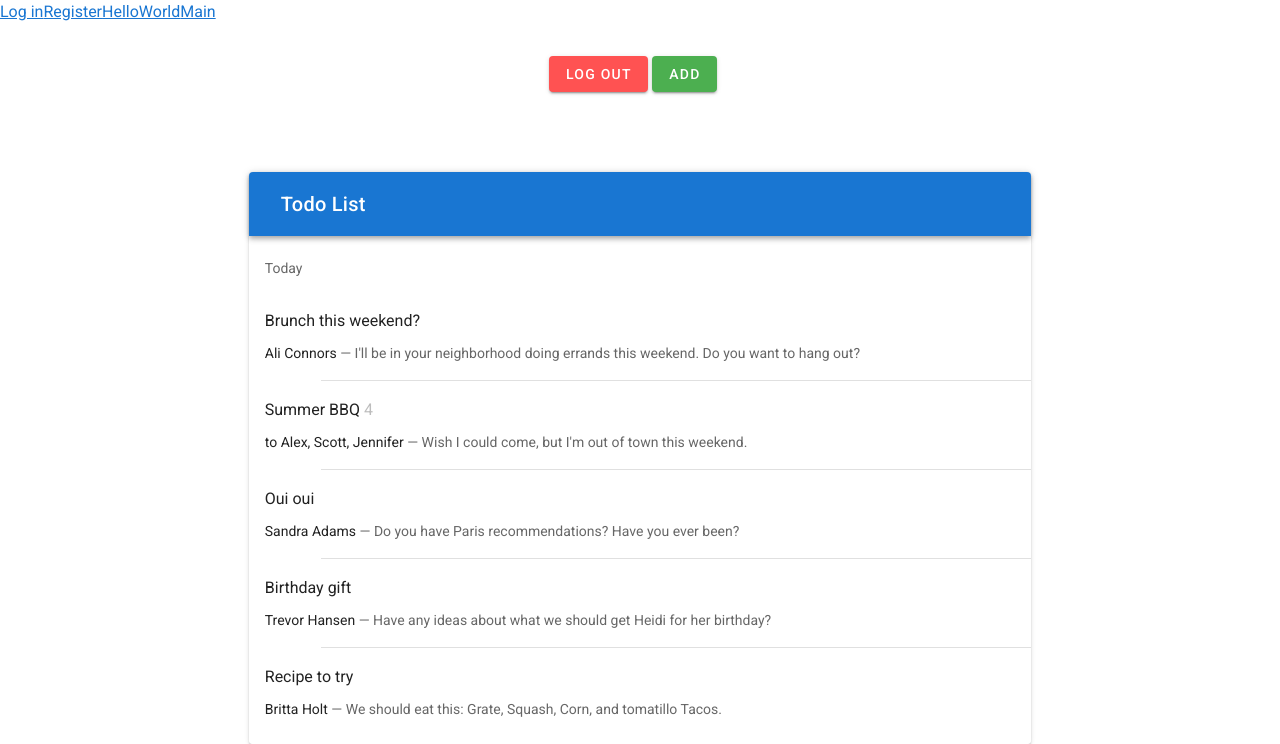
Repository: pao741/vue-todo
Page: /#/
An editor plug-in stored every save of this project. The page is shown before and after the next save, followed by the edit.
The browser window is 1280 px wide. The pictures show the whole page.
The project was rebuilt for these pictures with package versions that can differ from the ones it lists, and the page was loaded fresh each time. Also part of the build but not shown: vue.config.js, src/components/Login.vue, src/components/Register.vue, src/components/HelloWorld.vue.

Above is the page before, as saved 2021-02-11 13:05:43.

### src/main.js
import Vue from 'vue';
import Vuex from 'vuex';
// import VueRouter from 'vue-router';
import App from './App.vue';
import vuetify from './plugins/vuetify';
import firebase from './plugins/firebase';
import router from './router';

import 'vuetify/dist/vuetify.min.css';

Vue.config.productionTip = false;
Vue.use(Vuex);

const store = new Vuex.Store({
  state: {
    authenticated: false,
  },
  actions: {
    login(state) {
      state.authenticated = true;
    },
    logout(state) {
      state.authenticated = false;
    },
  },
});

new Vue({
  vuetify,
  router,
  firebase,
  store: store,
  render: (h) => h(App),
}).$mount('#app');

### src/App.vue
<template>
  <v-app>
    <v-main>
      <div>
        <router-link to="Login">Log in</router-link>
        <router-link to="Register">Register</router-link>
        <router-link to="HelloWorld">HelloWorld</router-link>
        <router-link to="/">Main</router-link>
        <router-view />
      </div>
    </v-main>
  </v-app>
</template>

<script>
// import Login from "./components/Login";

export default {
  name: "App",

  components: {
    // Login
  },

  data: () => ({
    //
  })
};
</script>

### src/plugins/firebase.js
import firebase from 'firebase/app';
import 'firebase/auth';

const firebaseConfig = {
  apiKey: 'AIzaSyDDoWONGwbdeV8-j0yTCmUjzBNPDUFN7Q8',
  authDomain: 'vue-todo-ae3e5.firebaseapp.com',
  projectId: 'vue-todo-ae3e5',
  storageBucket: 'vue-todo-ae3e5.appspot.com',
  messagingSenderId: '816401963007',
  appId: '1:816401963007:web:1f3f49cc385198e51af9ca',
  measurementId: 'G-G9PREJ9C9D',
};
// Initialize Firebase
firebase.initializeApp(firebaseConfig);
// firebase.analytics();
firebase.auth().setPersistence(firebase.auth.Auth.Persistence.LOCAL);

export default firebase;

### src/router/index.js
import Vue from 'vue';
import VueRouter from 'vue-router';
// import firebase from '../plugins/firebase';

import Login from '../components/Login';
import Main from '../components/Main';
import Register from '../components/Register';
import HelloWorld from '../components/HelloWorld';

Vue.use(VueRouter);

const routes = [
  {
    path: '/HelloWorld',
    name: 'HelloWorld',
    component: HelloWorld,
    meta: {
      authenticated: true,
    },
  },
  {
    path: '/',
    name: 'Main',
    component: Main,
    meta: {
      authenticated: true,
    },
  },
  {
    path: '/login',
    name: 'Login',
    component: Login,
  },
  {
    path: '/register',
    name: 'Register',
    component: Register,
  },
];

const router = new VueRouter({
  mode: 'hash',
  routes,
});

const beforeRouteEnter = async (to, from, next) => {
  if (to.meta.requiredAuthentication) {
    if (Vue.$store.state.auth.authenticated) {
      next();
    } else {
      next({ name: 'login' });
    }
  } else {
    next();
  }
};

router.beforeEach(beforeRouteEnter);

Vue.$router = router;

export default router;

### src/components/Main.vue
<template>
  <v-app>
    <v-row justify="center" class="ma-5">
      <v-col sm="1">
        <v-btn justify="center" color="error" @click="logOut">Log out</v-btn>
      </v-col>
      <v-col sm="1">
        <v-btn justify="center" color="success" @click="adding = true">
          Add
        </v-btn>
      </v-col>
    </v-row>
    <div class="text-center">
      <v-dialog v-model="adding" @click:outside="adding = false" width="500">
        <v-card v-click-outside="">
          <v-card-title class="headline grey lighten-2">
            Fill in the form
          </v-card-title>
          <v-row justify="center" class="ma-5">
            <v-col>
              <v-text-field class="header" placeholder="Title"></v-text-field>
              <v-text-field class="header" placeholder="Title"></v-text-field>
              <v-row justify="center">
                <v-date-picker v-model="date"></v-date-picker>
              </v-row>
            </v-col>
          </v-row>
          <v-row justify="center" class="ma-1">
            <v-col>
              <v-btn justify="center" color="success" @click="adding = false">
                Submit
              </v-btn>
              <v-btn justify="center" color="error" @click="adding = false">
                Close
              </v-btn>
            </v-col>
          </v-row>
        </v-card>
      </v-dialog>
    </div>
    <v-card class="mx-auto">
      <v-toolbar color="primary" dark>
        <v-card-title>Todo List</v-card-title>
      </v-toolbar>

      <v-list three-line>
        <template v-for="(item, index) in items">
          <v-subheader
            v-if="item.header"
            :key="item.header"
            v-text="item.header"
          ></v-subheader>

          <v-divider
            v-else-if="item.divider"
            :key="index"
            :inset="item.inset"
          ></v-divider>

          <v-list-item v-else :key="item.title">
            <v-list-item-content>
              <v-list-item-title v-html="item.title"></v-list-item-title>
              <v-list-item-subtitle
                v-html="item.subtitle"
              ></v-list-item-subtitle>
            </v-list-item-content>
          </v-list-item>
        </template>
      </v-list>
    </v-card>
  </v-app>
</template>

<script>
import firebase from "firebase";

const LOCAL_STORAGE_KEY = "todo-app-vue";
export default {
  //   name: "Log In"
  data: () => ({
    date: null,
    adding: false,
    todos: JSON.parse(localStorage.getItem(LOCAL_STORAGE_KEY)) || [
      { text: "Learn JavaScript ES6+ goodies", isDone: true },
      { text: "Learn Vue", isDone: false },
      { text: "Build something awesome", isDone: false }
    ],
    editing: null,
    items: [
      { header: "Today" },
      {
        title: "Brunch this weekend?",
        subtitle: `<span class="text--primary">Ali Connors</span> &mdash; I'll be in your neighborhood doing errands this weekend. Do you want to hang out?`
      },
      { divider: true, inset: true },
      {
        title: 'Summer BBQ <span class="grey--text text--lighten-1">4</span>',
        subtitle: `<span class="text--primary">to Alex, Scott, Jennifer</span> &mdash; Wish I could come, but I'm out of town this weekend.`
      },
      { divider: true, inset: true },
      {
        title: "Oui oui",
        subtitle:
          '<span class="text--primary">Sandra Adams</span> &mdash; Do you have Paris recommendations? Have you ever been?'
      },
      { divider: true, inset: true },
      {
        title: "Birthday gift",
        subtitle:
          '<span class="text--primary">Trevor Hansen</span> &mdash; Have any ideas about what we should get Heidi for her birthday?'
      },
      { divider: true, inset: true },
      {
        title: "Recipe to try",
        subtitle:
          '<span class="text--primary">Britta Holt</span> &mdash; We should eat this: Grate, Squash, Corn, and tomatillo Tacos.'
      }
    ]
  }),
  methods: {
    logOut() {
      firebase
        .auth()
        .signOut()
        .then(() => {
          // Sign-out successful.
          // console.log("sign out successful");
          this.$router.push("/login");
        })
        .catch(error => {
          // An error happened.
          alert(error);
        });
    }
  },
  watch: {
    todos: {
      deep: true,
      handler(newValue) {
        localStorage.setItem(LOCAL_STORAGE_KEY, JSON.stringify(newValue));
      }
    }
  }
};
</script>

Loaded but not shown: public/index.html (common file); src/plugins/vuetify.js (common file)

After the next save:
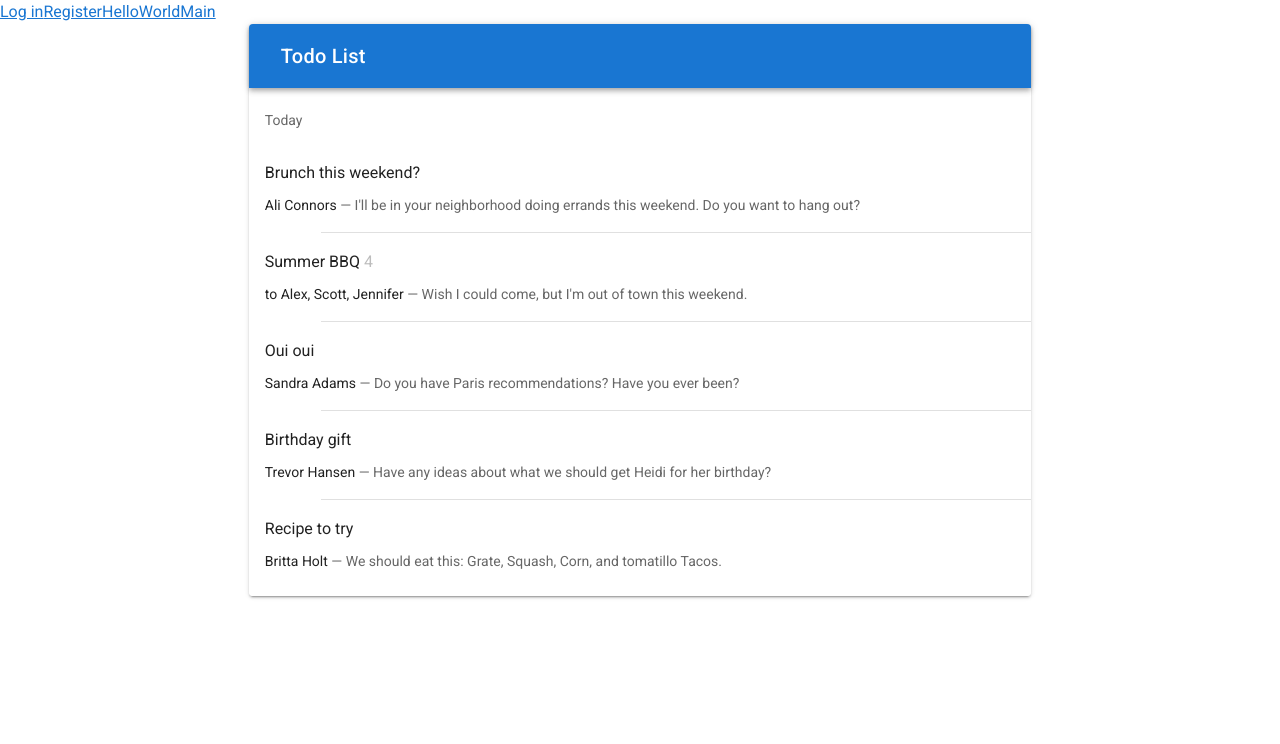
Saved 2 min 41 s later.
--- a/src/components/Main.vue
+++ b/src/components/Main.vue
@@ -1,15 +1,5 @@
 <template>
   <v-app>
-    <v-row justify="center" class="ma-5">
-      <v-col sm="1">
-        <v-btn justify="center" color="error" @click="logOut">Log out</v-btn>
-      </v-col>
-      <v-col sm="1">
-        <v-btn justify="center" color="success" @click="adding = true">
-          Add
-        </v-btn>
-      </v-col>
-    </v-row>
     <div class="text-center">
       <v-dialog v-model="adding" @click:outside="adding = false" width="500">
         <v-card v-click-outside="">
